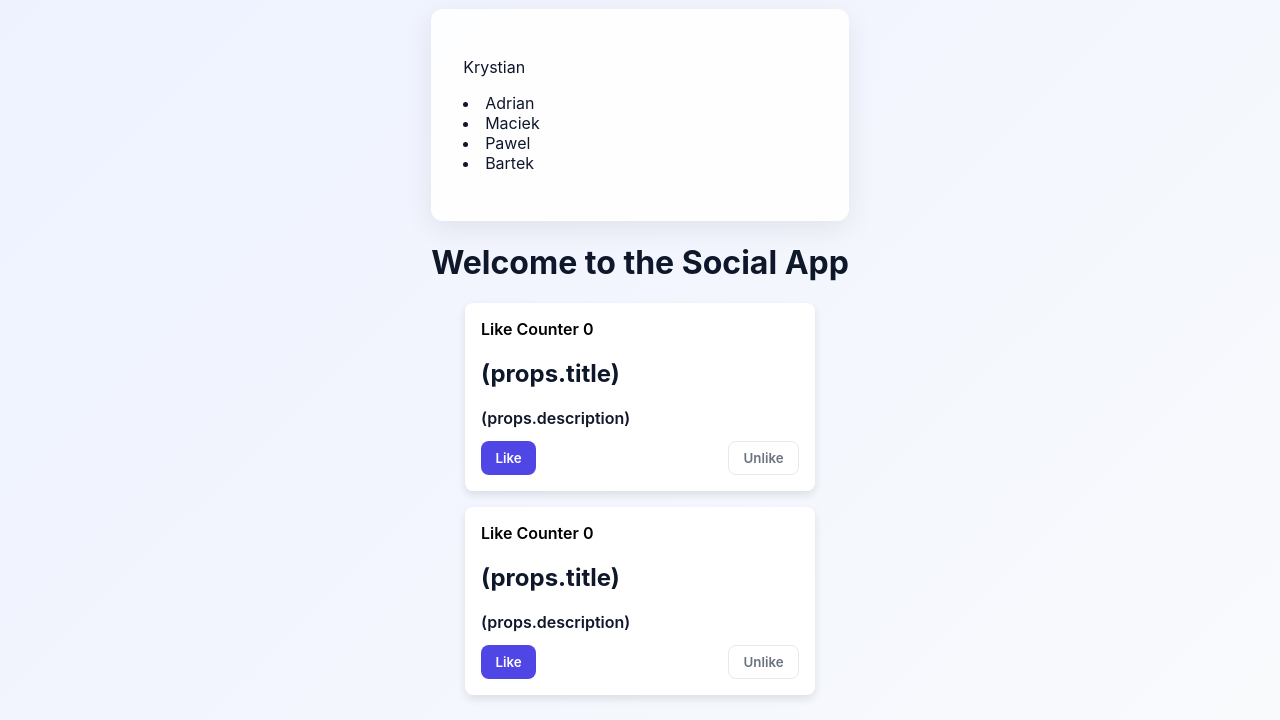
Repository: KrystianTrzy/reactapt
Page: /
These files come from the project's save history. The page is drawn as it stood at one moment and after a run of saves; the edit follows.
The browser window is 1280 px wide. The pictures show the whole page.
The project was rebuilt for these pictures with package versions that can differ from the ones it lists, and the page was loaded fresh each time.

Above is the page before, as saved 2025-11-22 09:30:09.

### src/index.js
import React from 'react';
import ReactDOM from 'react-dom/client';
import './index.css';
import App from './components/App/App';
import LikeCounter from './components/App/LikeCounter/LikeCounter';

const root = ReactDOM.createRoot(document.getElementById('root'));
root.render(
  <React.StrictMode>
    <div>
      <App />
      <h1>Welcome to the Social App</h1>
      <LikeCounter />
      <LikeCounter
        title="My First Post"
        description="This is the description of my first post."
      />
    </div>
  </React.StrictMode>
);

// If you want to start measuring performance in your app, pass a function
// to log results (for example: reportWebVitals(console.log))
// or send to an analytics endpoint. Learn more: https://bit.ly/CRA-vitals

### src/index.css
:root {
	--bg: #f6f8ff;
	--card: #ffffff;
	--accent: #4f46e5;
	--muted: #6b7280;
	--radius: 12px;
}

* {
	box-sizing: border-box;
}

html, body, #root {
	height: 100%;
}

body {
	margin: 0;
	font-family: Inter, system-ui, -apple-system, 'Segoe UI', Roboto, 'Helvetica Neue', Arial;
	background: linear-gradient(135deg, #eef2ff 0%, #f8fafc 100%);
	color: #0f172a;
	-webkit-font-smoothing: antialiased;
	-moz-osx-font-smoothing: grayscale;
}

#root {
	display: flex;
	align-items: center;
	justify-content: center;
	padding: 2rem;
}

.App {
	width: 100%;
	max-width: 920px;
	background: rgba(255,255,255,0.9);
	border-radius: var(--radius);
	box-shadow: 0 8px 30px rgba(2,6,23,0.08);
	padding: 2rem;
}

ul {
	padding-left: 1.1rem;
}

button {
	font-family: inherit;
}

### src/components/App/App.js
import LikeCounter from './LikeCounter/LikeCounter';

function App() {
  const name = "Krystian";
  const names =['Adrian', 'Maciek', 'Pawel', 'Bartek'];
  return (
    <>
      <div className="App">
          <p>
            {name.length > 4 ? name : 'Hello firends'}
          </p>
          <p> {names.map((name) => <li key={name}>{name}</li>) }</p>
      </div>
    </>
  );
}

export default App;

### src/components/App/LikeCounter/LikeCounter.js
import React, { useState } from 'react'
import './LikeCounter.css'

function LikeCounter() {
    const [likes, setLikes] = useState(0);
    const handleLike = () => {
        setLikes(likes + 1);
    };

    const handleUnlike = () => {
        if (likes > 0) {
            setLikes(likes - 1);
        }
    };

    return (
        <div className="post">
            <p style={{ color: likes > 0 ? 'blue' : 'black' }}>Like Counter {likes}</p>
            <h2>(props.title)</h2>
            <p>(props.description)</p>
            <div className="actions">
                <button onClick={handleLike}>Like</button>
                <button onClick={handleUnlike}>Unlike</button>
            </div>
        </div>
    )
}

export default LikeCounter;

### src/components/App/LikeCounter/LikeCounter.css
.post {
    box-shadow: 0 4px 8px rgba(0, 0, 0, 0.1);
    padding: 1rem;
    width: 350px;
    border-radius: 0.5rem;
}

.actions {
    display: flex;
    flex-direction: row;
    justify-content: space-between;
}

.post {
    background: var(--card);
    margin: 1rem auto;
    color: #0f172a;
}

.post p {
    margin: 0 0 0.8rem 0;
    font-weight: 600;
}

.actions button {
    padding: 0.5rem 0.9rem;
    border-radius: 8px;
    border: none;
    cursor: pointer;
    font-weight: 600;
}

.actions button:first-child {
    background: var(--accent);
    color: white;
}

.actions button:last-child {
    background: transparent;
    color: var(--muted);
    border: 1px solid #e6e9ef;
}

.actions button:hover {
    transform: translateY(-1px);
}

Loaded but not shown: public/index.html (common file)

After the next 3 saves:
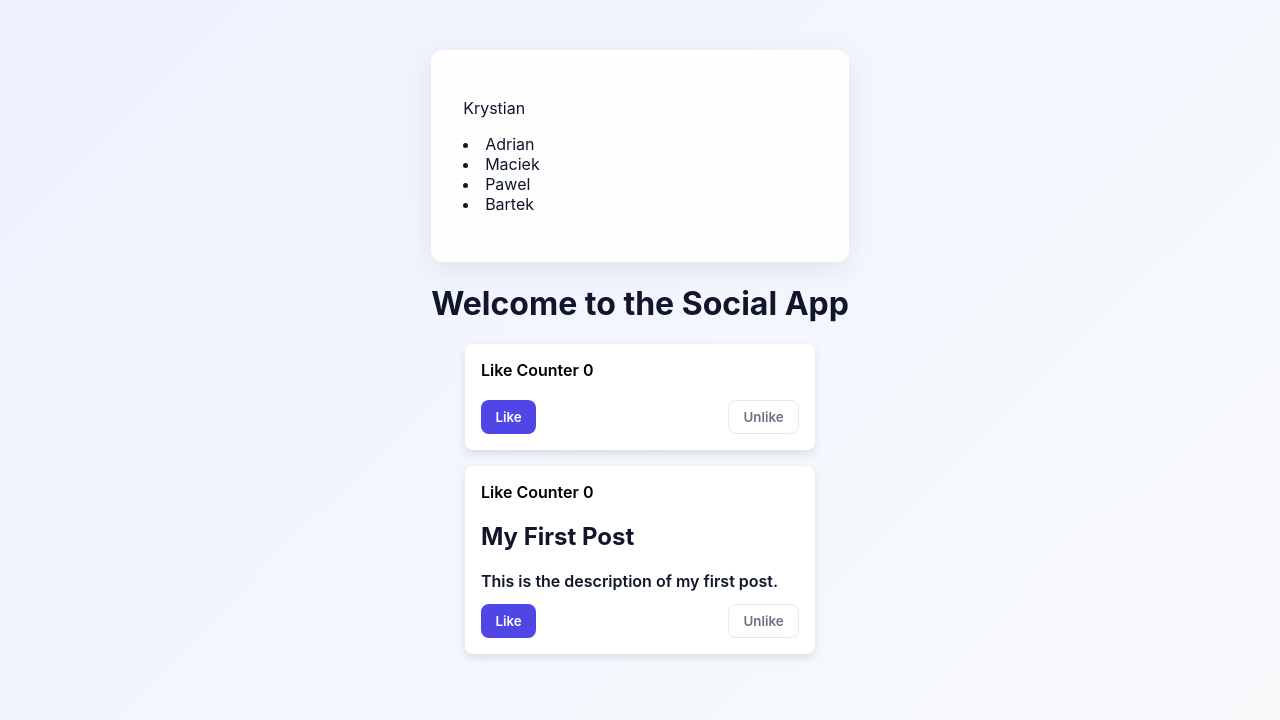
The 3 saves are shown as one change because 1 did not build or start and some came seconds apart.
The last was saved 53 s later.
--- a/src/components/App/LikeCounter/LikeCounter.js
+++ b/src/components/App/LikeCounter/LikeCounter.js
@@ -1,7 +1,7 @@
 import React, { useState } from 'react'
 import './LikeCounter.css'
 
-function LikeCounter() {
+function LikeCounter(props) {
     const [likes, setLikes] = useState(0);
     const handleLike = () => {
         setLikes(likes + 1);
@@ -16,8 +16,8 @@ function LikeCounter() {
     return (
         <div className="post">
             <p style={{ color: likes > 0 ? 'blue' : 'black' }}>Like Counter {likes}</p>
-            <h2>(props.title)</h2>
-            <p>(props.description)</p>
+            <h2>{props.title}</h2>
+            <p>{props.description}</p>
             <div className="actions">
                 <button onClick={handleLike}>Like</button>
                 <button onClick={handleUnlike}>Unlike</button>
